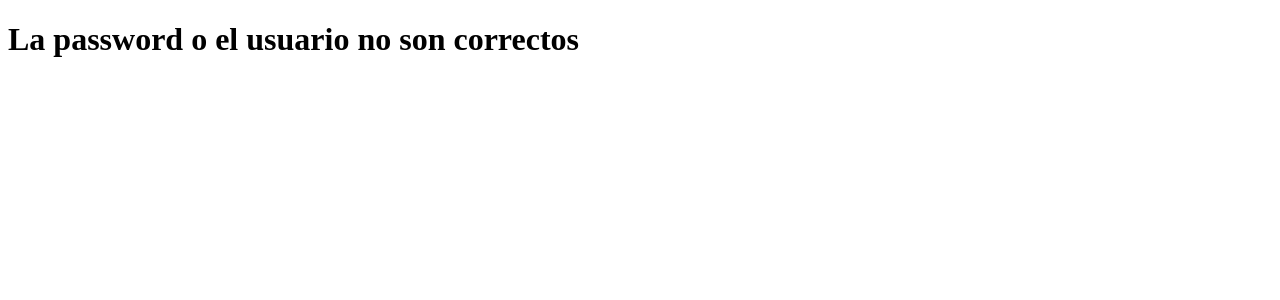
Repository: DGM140775/nocionesJava
Page: 05_Web/WebContent/error.html
These files come from the project's save history. The page is drawn as it stood at one moment and after the next save; the edit follows.
The browser window is 1280 px wide. The pictures show the whole page.

Above is the page before, as saved 2019-04-25 09:53:46.

After the next save:
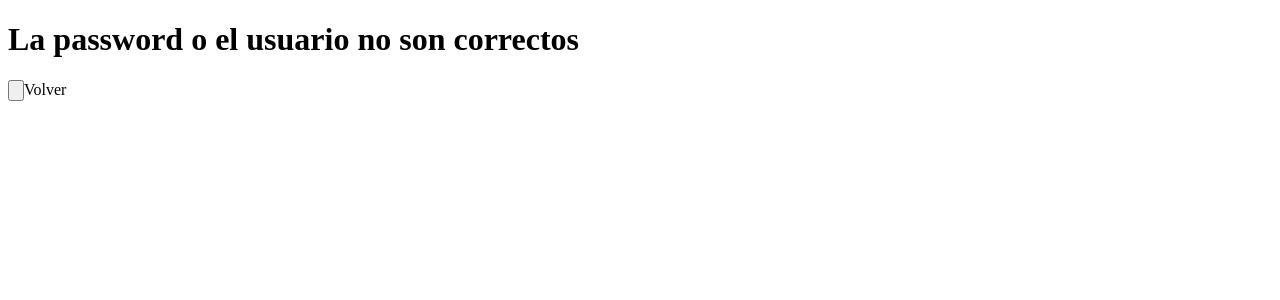
Saved 4 min 1 s later.
--- a/05_Web/WebContent/error.html
+++ b/05_Web/WebContent/error.html
@@ -6,5 +6,6 @@
 </head>
 <body>
 	<h1>La password o el usuario no son correctos</h1>
+	<input type="button" name=Volver onclick="Inicio.html">Volver</input>
 </body>
 </html>
